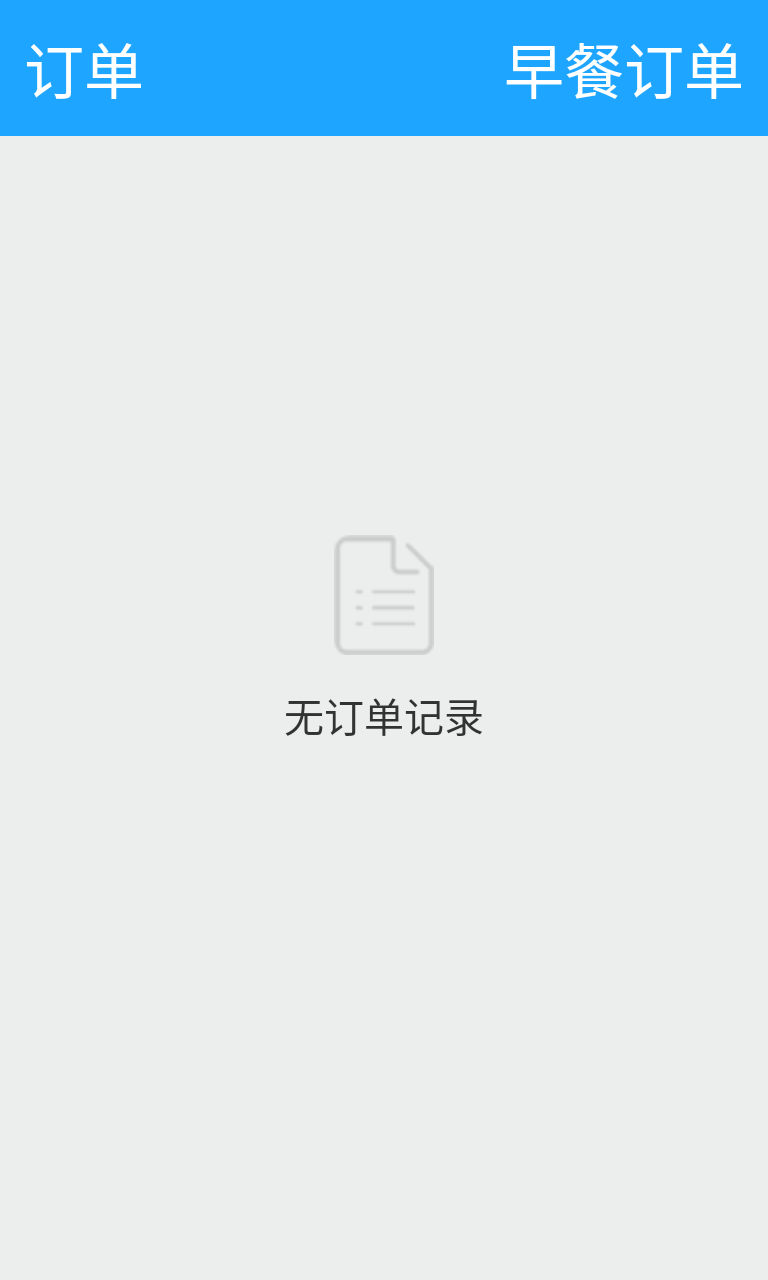
Repository: shi1hh/v
Layout: HungryTest/res/layout/fragment_dingdan.xml
An editor plug-in stored every save of this project. The layout is shown before and after the next save, followed by the edit.
It is drawn on a 768 x 1280 px phone screen (xhdpi) without system bars, with theme android:Theme.Light.NoTitleBar; the app's code is not run.

Above is the layout before, as saved 2015-10-24 16:05:07.

### HungryTest/res/layout/fragment_dingdan.xml
<?xml version="1.0" encoding="utf-8"?>
<RelativeLayout xmlns:android="http://schemas.android.com/apk/res/android"
    android:id="@+id/RelativeLayout1"
    android:layout_width="match_parent"
    android:layout_height="match_parent"
    android:background="@color/blackground2"
    android:orientation="vertical" >
<RelativeLayout
    android:layout_width="match_parent"
    android:layout_height="wrap_content"
    android:background="@color/blackground"
    >
    <TextView
        android:layout_width="wrap_content"
        android:layout_height="wrap_content"
        android:layout_alignParentLeft="true"
        android:layout_alignParentTop="true"
        style="@style/normal_text"
        android:text="订单" />

    <Button
        android:id="@+id/button_dingdan_breakfast"
        android:layout_width="wrap_content"
        android:layout_height="wrap_content"
        android:layout_alignParentRight="true"
        android:layout_centerVertical="true"
        android:background="@color/blackground"
        style="@style/normal_text"
        android:text="早餐订单" />

</RelativeLayout>

<TextView
    android:id="@+id/textView1"
    android:layout_width="wrap_content"
    android:layout_height="wrap_content"
    android:layout_centerHorizontal="true"
    android:layout_centerVertical="true"
    android:textSize="20sp"
    android:drawablePadding="15dp"
    android:drawableTop="@drawable/nodingdan"
    android:text="无订单记录" />

</RelativeLayout>

### HungryTest/res/values/color.xml
<?xml version="1.0" encoding="utf-8"?>
<resources>
    <color name="sum">#ffffff</color>
    <color name="balance">#00FF7F</color>
    <color name="balance_text">#ffffff</color>
    <color name="lvlft_select">#ffffff</color>
    <color name="lvlft_black">#CFCFCF</color>
    <color name="white">#ffffff</color>
    <color name="navigation_bg">#F6F6F6</color>
      <color name="blackground">#1EA5FF</color>
      <color name="text_gray">#CCCCCC</color>
      <color name="waimai_divider">#EEEEEC</color>
      <color name="normal_text">#ffffff</color>
      <color name="blackground2">#eceeee</color>
</resources>

### HungryTest/res/values/styles.xml
<resources xmlns:android="http://schemas.android.com/apk/res/android">

    <!--
        Base application theme, dependent on API level. This theme is replaced
        by AppBaseTheme from res/values-vXX/styles.xml on newer devices.



    -->
    <style name="AppBaseTheme" parent="Theme.AppCompat.Light">
        <!--
            Theme customizations available in newer API levels can go in
            res/values-vXX/styles.xml, while customizations related to
            backward-compatibility can go here.



        -->
    </style>

    <!-- Application theme. -->
    <style name="AppTheme" parent="AppBaseTheme">
        <!-- All customizations that are NOT specific to a particular API-level can go here. -->
    </style>

    <style name="text">
        <item name="android:textSize">10sp</item>
        <item name="android:gravity">center_horizontal</item>
    </style>

    <style name="waimai_tb_text">
        <item name="android:textSize">13sp</item>
        <item name="android:gravity">center_horizontal</item>
    </style>

    <style name="waimai_money_text">
        <item name="android:textColor">#FF3030</item>
        <item name="android:textSize">20sp</item>
    </style>
    <style name="back">
        <item name="android:textColor">#ffffff</item>
       <item name="android:textSize">20sp</item>
       <item name="android:text">←</item>
    </style>

    <style name="waimai_store_name_textsize">
        <item name="android:textSize">20sp</item>
    </style>

    <style name="normal_text">
        <item name="android:textSize">30sp</item>
        <item name="android:textColor">#ffffff</item>
        <item name="android:padding">12dp</item>
    </style>

</resources>

After the next save:
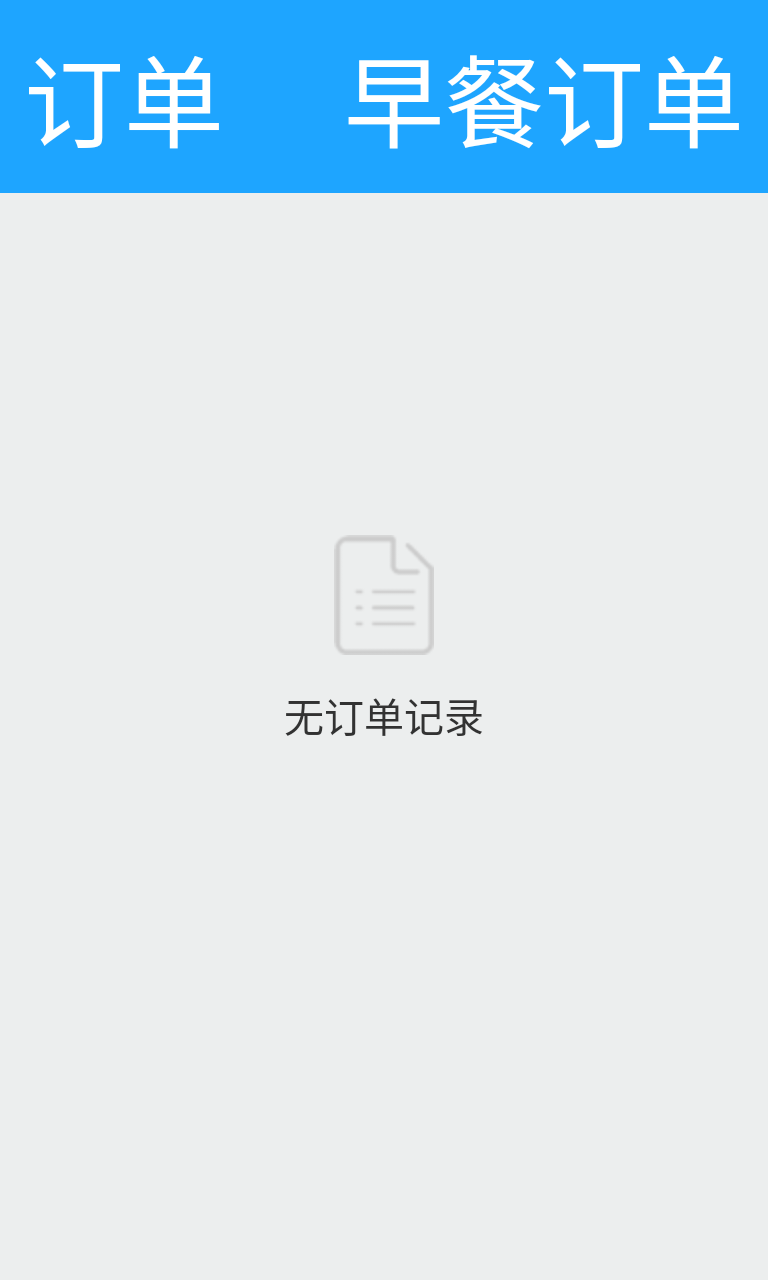
Saved 15 s later.
--- a/HungryTest/res/values/styles.xml
+++ b/HungryTest/res/values/styles.xml
@@ -48,7 +48,7 @@
     </style>
 
     <style name="normal_text">
-        <item name="android:textSize">30sp</item>
+        <item name="android:textSize">50sp</item>
         <item name="android:textColor">#ffffff</item>
         <item name="android:padding">12dp</item>
     </style>
